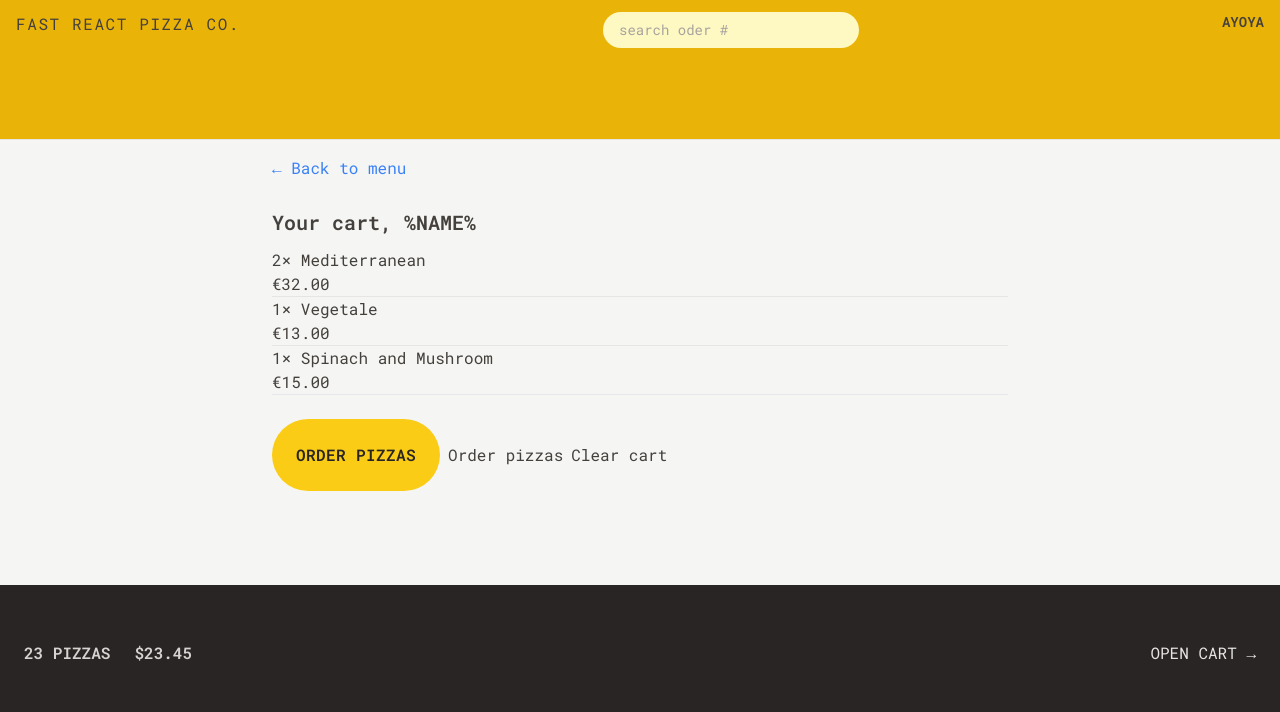
Repository: ayakhaled0001/pizza-delivery
Page: /cart
An editor plug-in stored every save of this project. The page is shown before and after the next save, followed by the edit.
The browser window is 1280 px wide. The pictures show the whole page.
The project was rebuilt for these pictures with package versions that can differ from the ones it lists, and the page was loaded fresh each time. Also part of the build but not shown: vite.config.js, src/features/user/CreateUser.jsx, src/ui/Home.jsx, src/services/apiRestaurant.jsx, src/features/menu/MenuItem.jsx, src/features/menu/Menu.jsx, src/features/order/Order.jsx, src/ui/Loader.jsx and 1 more. Imported but missing from the stored project, and not drawn on this page: src/features/order/CreateOrder.

Above is the page before, as saved 2025-05-01 15:26:43.

### index.html
<!DOCTYPE html>
<html lang="en">
  <head>
    <meta charset="UTF-8" />
    <link rel="icon" type="image/svg+xml" href="/vite.svg" />
    <meta name="viewport" content="width=device-width, initial-scale=1.0" />
    <link rel="preconnect" href="https://fonts.googleapis.com" />
    <link rel="preconnect" href="https://fonts.gstatic.com" crossorigin />
    <link
      href="https://fonts.googleapis.com/css2?family=Roboto+Mono:ital,wght@0,100..700;1,100..700&display=swap"
      rel="stylesheet" />
    <title>Vite + React</title>
  </head>
  <body class="bg-stone-100 text-stone-700">
    <div id="root"></div>
    <script type="module" src="/src/main.jsx"></script>
  </body>
</html>

### src/App.jsx
import { createBrowserRouter, RouterProvider } from "react-router-dom";
import Home from "./ui/Home";
import Menu, { loader as menuLoader } from "./features/menu/Menu";
import Cart from "./features/cart/Cart";
import CreateOrder, {
  action as CreateOrderAction,
} from "./features/order/CreateOrder";
import Order, { loader as orderLoader } from "./features/order/Order";
import AppLayout from "./ui/AppLayout";
import Error from "./ui/Error";
const router = createBrowserRouter([
  {
    element: <AppLayout />,
    children: [
      { path: "/", element: <Home /> },
      {
        path: "/menu",
        element: <Menu />,
        loader: menuLoader,
        errorElement: <Error />,
      },
      { path: "/cart", element: <Cart /> },
      {
        path: "/order/new",
        element: <CreateOrder />,
        action: CreateOrderAction,
      },
      {
        path: "/order/:orderId",
        element: <Order />,
        loader: orderLoader,
        errorElement: <Error />,
      },
    ],
  },
]);
function App() {
  return <RouterProvider router={router} />;
}

export default App;

### src/index.css
@tailwind base;
@tailwind components;
@tailwind utilities;

@layer components {
  .input {
    @apply w-full rounded-full border
    border-stone-200
    px-4 py-2 text-sm transition-all
    duration-300 focus:outline-none
    focus:ring focus:ring-yellow-400
    md:px-5;
  }

  .loader {
    width: 45px;
    aspect-ratio: 0.75;
    --c: no-repeat linear-gradient(theme(colors.stone.700) 0 0);
    background: var(--c) 0% 50%, var(--c) 50% 50%, var(--c) 100% 50%;
    background-size: 20% 50%;
    animation: loading 1s infinite linear;
  }

  @keyframes loading {
    20% {
      background-position: 0% 0%, 50% 50%, 100% 50%;
    }
    40% {
      background-position: 0% 100%, 50% 0%, 100% 50%;
    }
    60% {
      background-position: 0% 50%, 50% 100%, 100% 0%;
    }
    80% {
      background-position: 0% 50%, 50% 50%, 100% 100%;
    }
  }
}

/* body {
  font-family: system-ui, -apple-system, BlinkMacSystemFont, "Segoe UI", Roboto,
    Oxygen, Ubuntu, Cantarell, "Open Sans", "Helvetica Neue", sans-serif;
  background-color: #f7f7f7;
  color: #444;
}

.layout {
  display: grid;
  grid-template-rows: auto 1fr auto;
  gap: 32px;
  height: 100dvh;
} */

/* https://dev.to/afif/i-made-100-css-loaders-for-your-next-project-4eje */

### src/features/cart/Cart.jsx
import { Link } from "react-router-dom";
import LinkButton from "../../ui/LinkButton";
import Button from "../../ui/Button";
import CartItem from "./CartItem";

const fakeCart = [
  {
    pizzaId: 12,
    name: "Mediterranean",
    quantity: 2,
    unitPrice: 16,
    totalPrice: 32,
  },
  {
    pizzaId: 6,
    name: "Vegetale",
    quantity: 1,
    unitPrice: 13,
    totalPrice: 13,
  },
  {
    pizzaId: 11,
    name: "Spinach and Mushroom",
    quantity: 1,
    unitPrice: 15,
    totalPrice: 15,
  },
];

function Cart() {
  const cart = fakeCart;

  return (
    <div className="px-4 py-4">
      <LinkButton to="/menu">&larr; Back to menu</LinkButton>

      <h2 className="mt-7 text-xl font-semibold">Your cart, %NAME%</h2>
      <ul className="divide-y divide-stone-200 border-b mt-3 ">
        {cart.map((item) => (
          <CartItem key={item.key} item={item} />
        ))}
      </ul>
      <div className="mt-6 space-x-2">
        <Button to="/order/new">Order pizzas</Button>
        <Link>Order pizzas</Link>
        <button>Clear cart</button>
      </div>
    </div>
  );
}

export default Cart;

### src/ui/AppLayout.jsx
import Header from "./Header";
import CartOverview from "../features/cart/CartOverview";
import { Outlet, useNavigation } from "react-router-dom";
import Loader from "./Loader";

function AppLayout() {
  const navigation = useNavigation();
  const isLoading = navigation.state === "loading";
  console.log(navigation.state);
  return (
    <div className="grid h-screen grid-row-[auto_1fr_auto]">
      {isLoading && <Loader />}

      <Header />
      <div className="">
        <main className="max-w-3xl mx-auto">
          <Outlet />
        </main>
      </div>
      <CartOverview />
    </div>
  );
}

export default AppLayout;

### src/ui/LinkButton.jsx
import { Link, useNavigate } from "react-router-dom";

function LinkButton({ children, to }) {
  const navigate = useNavigate();
  if (to === -1)
    return (
      <button
        onClick={() => navigate(-1)}
        className="tex-sm text-blue-500 hover:text-blue-700 hover:underline">
        {children}
      </button>
    );
  return (
    <Link
      to={to}
      className="tex-sm text-blue-500 hover:text-blue-700 hover:underline">
      {children}
    </Link>
  );
}

export default LinkButton;

### src/ui/Button.jsx
import { Link } from "react-router-dom";

function Button({ disabled, children, to }) {
  const className = `bg-yellow-400 uppercase font-semibold
    text-stone-800 py-3 px-4
     inline-block tracking-wide
     rounded-full hover:bg-yellow-300  transition-all duration-300
    focus:outline-none focus:ring focus:ring-yellow-300 focus:ring-offset-2
    disabled:cursor-not-allowed sm:px-6 sm:py-6`;
  if (to)
    return (
      <Link to={to} className={className}>
        {children}
      </Link>
    );
  return (
    <button disabled={disabled} className={className}>
      {children}
    </button>
  );
}

export default Button;

### src/features/cart/CartItem.jsx
import { formatCurrency } from "../../utilities/helpers";

function CartItem({ item }) {
  const { pizzaId, name, quantity, totalPrice } = item;

  return (
    <li>
      <p>
        {quantity}&times; {name}
      </p>
      <div>
        <p>{formatCurrency(totalPrice)}</p>
      </div>
    </li>
  );
}

export default CartItem;

### src/ui/Header.jsx
import { Link } from "react-router-dom";
import SearchOrder from "../features/order/SearchOrder.jsx";
import UserName from "../features/user/UserName.jsx";

function Header() {
  return (
    <header className=" flex justify-between bg-yellow-500 px-4 py-3 uppercase border-b border-stone-200">
      <Link to="/" className="tracking-widest">
        Fast React Pizza Co.
      </Link>
      <SearchOrder />
      <UserName />
    </header>
  );
}

export default Header;

### src/features/cart/CartOverview.jsx
import { Link } from "react-router-dom";

function CartOverview() {
  return (
    <div
      className="bg-stone-800 text-stone-200 uppercase p-4 sm:px-6 px-4 py-4
    md:text-base flex items-center justify-between">
      <p className="text-stone-300 sm:space-x-6 font-semibold space-x-4">
        <span>23 pizzas</span>
        <span>$23.45</span>
      </p>
      <Link to="/cart">Open cart &rarr;</Link>
    </div>
  );
}

export default CartOverview;

### src/features/order/SearchOrder.jsx
import { useState } from "react";
import { useNavigate } from "react-router-dom";

function SearchOrder() {
  const [query, setQuery] = useState("");
  const navigate = useNavigate();
  function handleSubmit(e) {
    e.preventDefault();
    if (!query) return;
    navigate(`/order/${query}`);
    setQuery("");
  }
  return (
    <form onSubmit={handleSubmit}>
      <input
        placeholder="search oder #"
        value={query}
        onChange={(e) => setQuery(e.target.value)}
        className="duration-300 sm:w-64 focus:outline-none focus:ring
         focus:ring-yellow-500 focus:ring-opacity-50  sm:focus:w-72 transition-all w-28
         bg-yellow-100 rounded-full px-4 py-2 text-sm placeholder:text-stone-400"
      />
    </form>
  );
}

export default SearchOrder;

### src/features/user/UserName.jsx
function UserName() {
  return <div className="hidden md:block text-sm font-semibold">ayoya</div>;
}

export default UserName;

### tailwind.config.js
/** @type {import('tailwindcss').Config} */
export default {
  content: ["./index.html", "./src/**/*.{js,jsx,ts,tsx}"],
  theme: {
    fontFamily: {
      sans: "Roboto Mono , monospace",
    },
    extend: {
      fontSize: {
        huge: ["80rem", { lineHeight: "1" }],
      },
      height: {
        screen: "100dvh",
      },
    },
  },
  plugins: [],
};

Loaded but not shown: src/main.jsx (common file); src/utilities/helpers.jsx (common file)

After the next save:
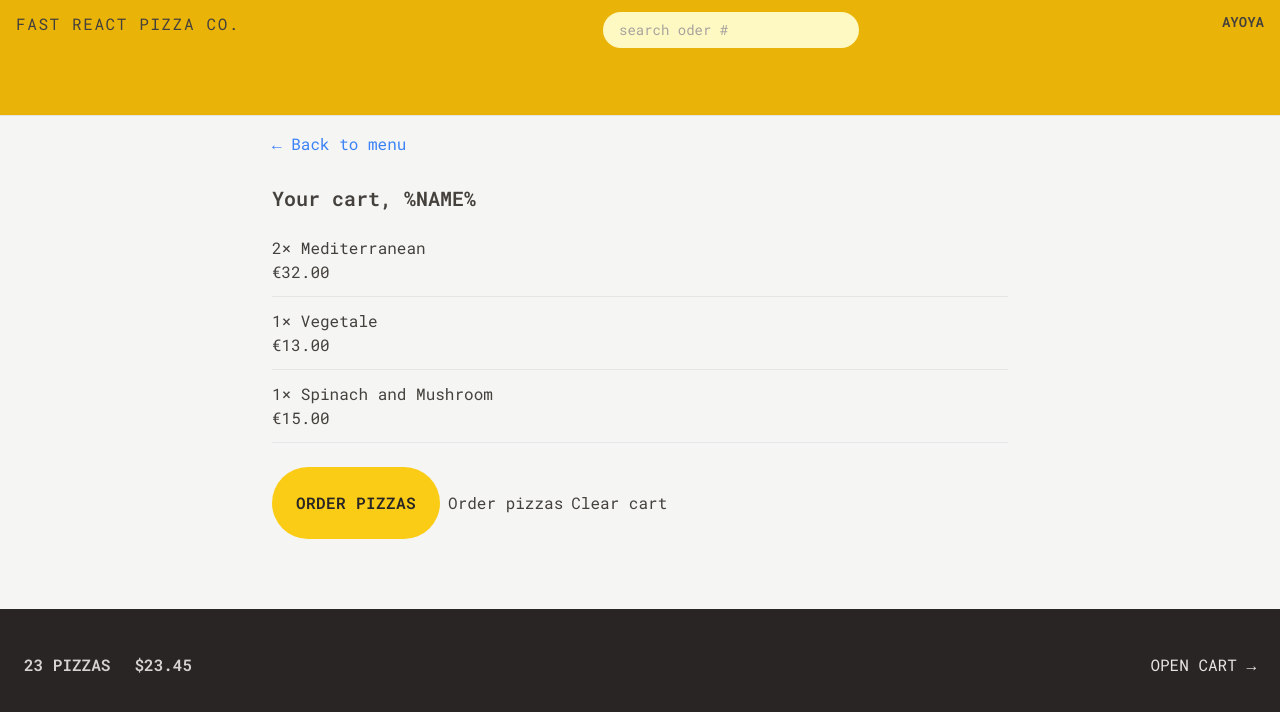
Saved 49 s later.
--- a/src/features/cart/CartItem.jsx
+++ b/src/features/cart/CartItem.jsx
@@ -4,7 +4,7 @@ function CartItem({ item }) {
   const { pizzaId, name, quantity, totalPrice } = item;
 
   return (
-    <li>
+    <li className="py-3">
       <p>
         {quantity}&times; {name}
       </p>
